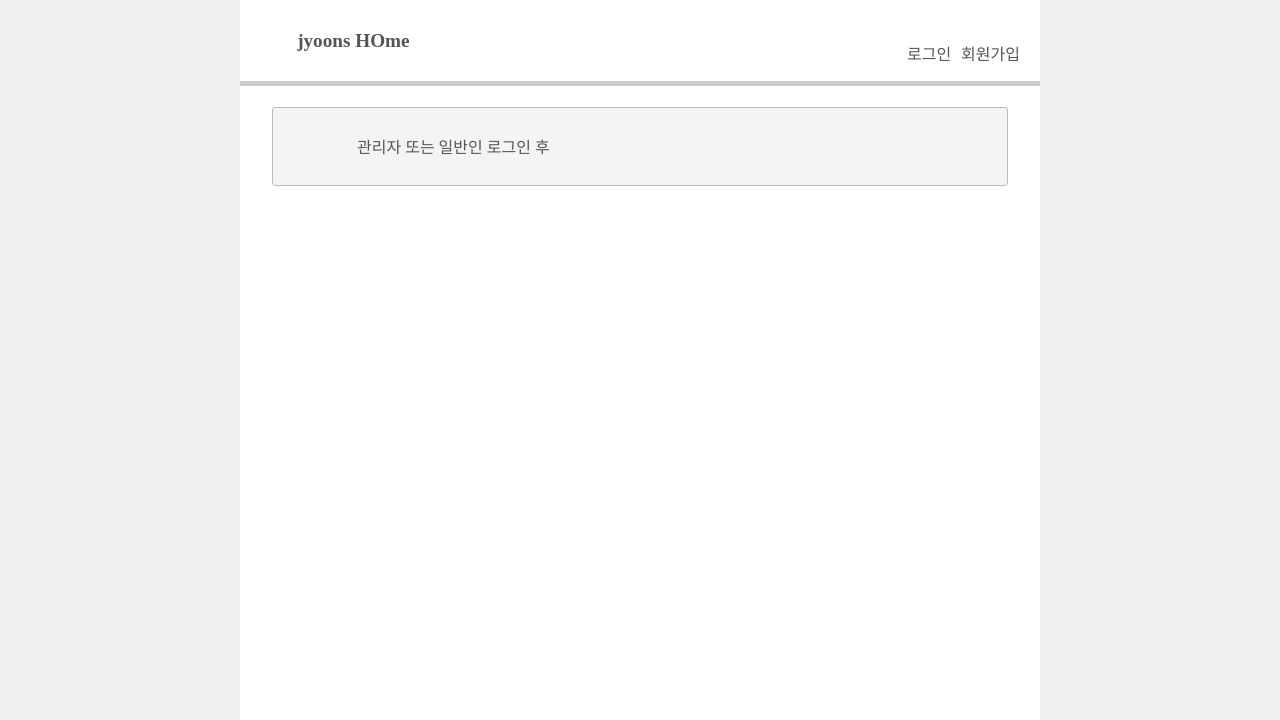
Repository: jyoons00/JSP-sample
Page: http://localhost/jspPro/days03/ex08_main.jsp
These files come from the project's save history. The page is drawn as it stood at one moment and after the next save; the edit follows.
The browser window is 1280 px wide. The pictures show the whole page.
Some web fonts or font styles are not loaded; a fallback is used. The page is served by Tomcat 9. Other server files are loaded and not shown.

Above is the page before, as saved 2024-10-17 06:32:26.

### jspPro/src/main/webapp/days03/ex08_main.jsp
<%@ page contentType="text/html; charset=UTF-8" pageEncoding="UTF-8"%>
<!DOCTYPE html>
<html>
  <head>
    <meta charset="UTF-8" />
    <title>Insert title here</title>
    <link
      rel="shortcut icon"
      type="image/x-icon"
      href="http://localhost/jspPro/images/SiSt.ico"
    />
    <script src="https://ajax.googleapis.com/ajax/libs/jquery/3.7.1/jquery.min.js"></script>
    <meta name="viewport" content="width=device-width, initial-scale=1.0" />
    <link
      rel="stylesheet"
      href="http://localhost/jspPro/resources/cdn-main/example.css"
    />
    <script src="http://localhost/jspPro/resources/cdn-main/example.js"></script>
    <style>
      span.material-symbols-outlined {
        vertical-align: text-bottom;
      }
    </style>
  </head>
  <body>
    <header>
      <h1 class="main">
        <a href="#" style="position: absolute; top: 30px">jyoons HOme</a>
      </h1>
      <ul>
        <li><a href="#">로그인</a></li>
        <li><a href="#">회원가입</a></li>
      </ul>
    </header>
    <div>
      <xmp class="code">
   		 관리자 또는 일반인 로그인 후
  	  </xmp>
    </div>

  </body>
</html>

### jspPro/src/main/webapp/resources/cdn-main/example.css
@charset "UTF-8";

@import url('https://fonts.googleapis.com/css2?family=Material+Symbols+Outlined:opsz,wght,FILL,GRAD@20..48,100..700,0..1,-50..200');

@font-face {
    font-family: 'GmarketSansMedium';
    src: url('https://cdn.jsdelivr.net/gh/projectnoonnu/noonfonts_2001@1.1/GmarketSansMedium.woff') format('woff');
    font-weight: normal;
    font-style: normal;
}

:root {
	--text-color: #555;
	--sub-text-color: #777;
	--back-color: #EFEFEF;
	--header-color: #444;
	--primary-color: #DEDEDE;
	--secondary-color: #EFEFEF;
	--default-width: 800px;
	--narrow-width: 500px;
	--wide-width: 1200px;
	--text-font: 'GmarketSansMedium';
	--icon-font: 'Material Symbols Outlined';
	--border-color: #CCC;
}

html, body {
	margin: 0;
	padding: 0;
}

html {
	background-color: var(--back-color);
	display: flex;
	justify-content: center;
	min-height: 100vh;
}

body, body.default {
	width: var(--default-width);
	background-color: white;
	padding-bottom: 120px;
}

body.wide {
	width: var(--wide-width);
}

body.narrow {
	width: var(--narrow-width);
}



body, p, div, span, a, input, select, option, textarea, button, table, th, td, label, fieldset, legend {
	font-family: var(--text-font);
	color: var(--text-color);
}

h1, h2, h3 {
	font-family: var(--text-font);
	color: var(--header-color);
	padding: 0 1rem;
	padding-top: .5rem;
}

div > h1, div > h2, div > h3 {
	padding: 0;
}

body > div, body > main > div {
	padding: 0.3rem 1rem;
}


h1 { font-size: 2rem; border-bottom: 1px solid var(--border-color); }
h1 small { font-size: 1.2rem; color: var(--sub-text-color); }
h2 { font-size: 1.5rem; border-bottom: 1px dashed var(--border-color); }
h2 small { font-size: 1.1rem; color: --sub-text-color; }
h3 { font-size: 1.2rem; }
h3 small { font-size: 1rem; color: --sub-text-color; }



h1.main::before {
	font-family: var(--icon-font);
  	content: '\e666';
  	margin-right: 10px;
  	float: left;
	font-size: 2.5rem;
}

h1.sub::before {
	font-family: var(--icon-font);
  	content: '\ea19';
  	margin-right: 10px;
  	float: left;
	font-size: 2.5rem;
}


h1.page::before {
	font-family: var(--icon-font);
  	content: '\e0e0';
  	margin-right: 10px;
  	float: left;
	font-size: 2.5rem;
}

body > header > ul > li > .active{
	background-color: #FFF;
	color:#F00;
}

body > header {
	display: flex;
	justify-content: space-between;
	border-bottom: 5px solid var(--border-color);
	min-height: 74px;
	background-color: #FFF;
}

body > header.sticky {
	position: sticky;
	top: 0;
	z-index: 98;
}

body > header > h1 {
	font-size: 1.2rem;
	border: 0;
}

body > header.in > h1::before {
	font-family: var(--icon-font);
  	content: '\e332‥';
  	margin-right: 3px;
  	float: left;
	font-size: 2rem;
}


body > header > ul {
	list-style-type: none;
	display: flex;
	align-items: flex-end;
	margin-right: 10px;
}

body > header > ul > li {
	margin-right: 10px;
	cursor: pointer;
}

body > header > ul > li > a {
	cursor: pointer;
}


form {
	display: block;
}

form > div {
	padding: 0.3rem 1rem;
}

div > form > div {
	padding: 0.3rem 0;
}

input, textarea, button, select {
	border: 1px solid #BBB;
	border-radius: 3px;
	outline: none;
	resize: none;
	padding: 7px;
	margin: 0;
}

input[type=text]:read-only, textarea:read-only {
	cursor: not-allowed;
	background-color: #FFF;
}

input[type=text]:disabled, textarea:disabled {
	cursor: not-allowed;
	background-color: #EEE;
}

input[type=text], input[type=password], textarea, button, select {
	/* width: 300px; */
}

textarea {
	display: block;
	height: 100px;
}

input[type=button], input[type=submit], button {
	/* width: inherit; */
}

input.short, textarea.short, button.short, select.short {
	width: 100px;
}

input.long, textarea.long, button.long, select.long {
	width: 350px;
}

.narrow input.long, .narrow textarea.long, .narrow button.long, .narrow select.long {
	width: calc(100% - 20px);
}

input.full, textarea.full, button.full, select.full {
	width: calc(100% - 20px);
}

textarea.short {
	height: 50px;
}

textarea.long {
	height: 100px;
}

textarea.full {
	height: 200px;
}

input, textarea {
	padding-top: 8px;
}

input[type=button], input[type=submit], button {
	padding: 5px 10px;
	background-color: var(--secondary-color);
	cursor: pointer;
	min-height: 36px;
}

input[type=button].primary, input[type=submit].primary, button.primary {
	/* background-color: rgba(100, 149, 237, .2); */
	background-color: var(--primary-color);
}

input[type=button].primary:hover, input[type=submit].primary:hover, button.primary:hover {
	/* background-color: rgba(100, 149, 237, .3); */
	background-color: var(--secondary-color);
}

input[type=button]:hover, input[type=submit]:hover, button:hover {
	background-color: var(--primary-color);
}

button {
	position: relative;
	left: 0;
	top: 0;
	padding-left: 35px;
}

button .material-symbols-outlined {
	position: absolute;
	left: 10px;
	top: 4px;
}

/* k2nik add */
button.login::before {
	font-family: var(--icon-font);
  	content: '\ea77';
	position: absolute;
	left: 11px;
	top: 4px;
	font-size: 1.25rem;
}

/* k2nik logout */
button.logout::before {
	font-family: var(--icon-font);
  	content: '\e9ba';
	position: absolute;
	left: 11px;
	top: 4px;
	font-size: 1.25rem;
}

/* k2nik help */
button.help::before {
	font-family: var(--icon-font);
  	content: '\f1c0';
	position: absolute;
	left: 11px;
	top: 4px;
	font-size: 1.25rem;
}

button.add::before{
	font-family: var(--icon-font);
  	content: '\e746';
	position: absolute;
	left: 11px;
	top: 4px;
	font-size: 1.25rem;
}

button.back::before {
	font-family: var(--icon-font);
  	content: '\e166';
	position: absolute;
	left: 11px;
	top: 4px;
	font-size: 1.25rem;
}

button.list::before {
	font-family: var(--icon-font);
  	content: '\e0ee';
	position: absolute;
	left: 11px;
	top: 4px;
	font-size: 1.25rem;
}


button.del::before {
	font-family: var(--icon-font);
  	content: '\e872';
	position: absolute;
	left: 11px;
	top: 4px;
	font-size: 1.25rem;
}


button.edit::before {
	font-family: var(--icon-font);
  	content: '\e745';
	position: absolute;
	left: 11px;
	top: 4px;
	font-size: 1.25rem;
}


button.login::before {
	font-family: var(--icon-font);
  	content: '\ea77';
	position: absolute;
	left: 11px;
	top: 4px;
	font-size: 1.25rem;
}


button.logout::before {
	font-family: var(--icon-font);
  	content: '\e9ba';
	position: absolute;
	left: 11px;
	top: 4px;
	font-size: 1.25rem;
}


button.in::before {
	font-family: var(--icon-font);
  	content: '\f71a';
	position: absolute;
	left: 11px;
	top: 4px;
	font-size: 1.25rem;
}


button.out::before {
	font-family: var(--icon-font);
  	content: '\f70e';
	position: absolute;
	left: 11px;
	top: 4px;
	font-size: 1.25rem;
}


button.reply::before {
	font-family: var(--icon-font);
  	content: '\e15e';
	position: absolute;
	left: 11px;
	top: 4px;
	font-size: 1.25rem;
}


button.comment::before {
	font-family: var(--icon-font);
  	content: '\e0b9';
	position: absolute;
	left: 11px;
	top: 4px;
	font-size: 1.25rem;
}


button.modal::before {
	font-family: var(--icon-font);
  	content: '\e89e';
	position: absolute;
	left: 11px;
	top: 4px;
	font-size: 1.25rem;
}


button.ok::before {
	font-family: var(--icon-font);
  	content: '\e86c';
	position: absolute;
	left: 11px;
	top: 4px;
	font-size: 1.25rem;
}


button.cancel::before {
	font-family: var(--icon-font);
  	content: '\e5c9';
	position: absolute;
	left: 11px;
	top: 4px;
	font-size: 1.25rem;
}

button.search::before {
	font-family: var(--icon-font);
  	content: '\e8b6';
	position: absolute;
	left: 11px;
	top: 4px;
	font-size: 1.25rem;
}

button.home::before {
	font-family: var(--icon-font);
  	content: '\e88a';
	position: absolute;
	left: 11px;
	top: 4px;
	font-size: 1.25rem;
}


button.sidebar::before {
	font-family: var(--icon-font);
  	content: '\f7e4';
	position: absolute;
	left: 11px;
	top: 4px;
	font-size: 1.25rem;
}


button.sidebar-right::before {
	font-family: var(--icon-font);
  	content: '\f7e5';
	position: absolute;
	left: 11px;
	top: 4px;
	font-size: 1.25rem;
}




button::before {
	font-family: var(--icon-font);
  	content: '\e323';
	position: absolute;
	left: 11px;
	top: 4px;
	font-size: 1.25rem;
}


table {
	border-collapse: collapse;
	margin: 1rem;
	box-sizing: border-box;
	width: calc(100% - 32px);
}

table.content {
	width: auto;
}

div > table {
	margin: 0;
}

table th, table td {
	border: 1px solid var(--border-color);
	padding: 7px;
	font-weight: normal;
}

table th {
	background-color: var(--back-color);
}

table.vertical th {
	width: 150px;
}

table.vertical td {
	width: calc(100% - 182px);
	padding-left: 10px;
}

table.content td, table.content th {
	width: auto;
}

body.narrow table.vertical th {
	width: 100px;
}

body.narrow table.vertical td {
	width: calc(100% - 182px);
}


table + table {
	margin-top: 30px;
}


p {
	padding: 0 1rem;
}

a {
	text-decoration: none;
}

a:hover {
	color: rgba(255, 99, 71, .7);
}

hr {
	border: 0;
	border-top: 1px solid var(--border-color);
	margin: 2rem 0;
}

.message {
	border: 1px solid var(--border-color);
	background-color: #EFEFEF;
	margin: 1rem;
	width: auto;
	padding-top: 10px;
	padding-bottom: 10px;
	font-size: 14px;
}

.message[title]::before {
	content: attr(title);
	display: block;
	border-bottom: 1px solid var(--border-color);
	padding-bottom: 5px;
	margin-bottom: 10px;
	margin-top: 7px;
}

.message.short {
	max-width: 250px;
}

.message.long {
	max-width: 500px;
}

.badge {
	float: right;
	font-size: .8rem;
	margin-top: 2px;
	margin-right: 2px;
	text-shadow: 0 0 7px gray;
}

.badge.left {
	float: none;
	margin-left: 2px;
}

.badge.right {
	float: right;
}

.badge.red {
	border-radius: 50%;
	padding: 2px 5px;
	background-color: rgb(255, 99, 71, .3);
}

.badge.yellow {

	border-radius: 50%;
	padding: 2px 5px;
	background-color: rgb(255, 215, 0, .5);
}

.badge.blue {
	border-radius: 50%;
	padding: 2px 5px;
	background-color: rgb(100, 149, 237, .3);
}

label + label {
	margin-left: 7px;
}

label input[type=checkbox], label input[type=radio] {
	transform: translate(0, 1px);
}

.group {
	display: flex;
}

.modal-content .group {
	margin-bottom: .5rem;
}

.group label {
	border: 1px solid #BBB;
	border-radius: 3px;
	outline: none;
	resize: none;
	padding: 7px 14px;
	margin: 0;
	border-top-right-radius: 0;
	border-bottom-right-radius: 0;
	background-color: #EFEFEF;
	white-space: nowrap;
	font-size: 14px;
}

.group input[type=text] {
	margin-left: -1px;
	border-top-left-radius: 0;
	border-bottom-left-radius: 0;
}

.group select {
	margin-left: -1px;
	border-top-left-radius: 0;
	border-bottom-left-radius: 0;
}

.group input.full[type=text] {
	margin-left: -1px;
	border-top-left-radius: 0;
	border-bottom-left-radius: 0;
	width: 100%;
}

.group input[type=button]:first-child, .group button:first-child {
	border-top-left-radius: 3px;
	border-bottom-left-radius: 3px;
	margin-left: 0px;
}

.group input[type=button], .group button {
	border-radius: 0;
	margin-left: -1px;
}

.group input[type=button]:last-child, .group button:last-child {
	margin-left: -1px;
	border-top-right-radius: 3px;
	border-bottom-right-radius: 3px;
}

.seperate {
	display: flex;
	justify-content: space-between;
}

div.list {
	width: max-content;
	margin: 1rem;
	border: 1px solid #BBB;
	border-radius: 3px;
	padding: 0;
}

div.list.full {
	width: auto;
	display: block;
	margin: 1rem;
	border: 1px solid #BBB;
	border-radius: 3px;
	padding: 0;
}

div.list > div {
	padding: .5rem 1rem;
	margin: 0;
	border-bottom: 1px solid #BBB;
}

div.list > div:last-child {
	border-bottom: 0;
}

pre.code , xmp.code{
	font-family: consols;
	background-color: rgba(150, 150, 150, .1);
	border: 1px solid #BBB;
	border-radius: 3px;
	padding: .5rem 1rem;
	padding-bottom: .6rem;
	margin: 1rem;
}




*[data-modal-window] {
	position: fixed;
	background-color: rgba(0, 0, 0, .3);
	left: 0;
	top: 0;
	display: none;
	justify-content: center;
	align-items: flex-start;
	width: 100%;
	min-height: 100vh;
	z-index: 100;
	opacity: 0;
	transition: 500ms all;
}

*[data-modal-window] .modal-container {
	border-radius: 5px;
	padding: 1rem;
	padding-bottom: .5rem;
	margin-top: -500px;
	opacity: 0;
	width: 500px;
	background-color: #FFF;
	margin-right: 2rem;
	transition: 500ms all;
}

*[data-modal-size=content] .modal-container {
	width: auto;
}

*[data-modal-size=narrow] .modal-container {
	width: 300px;
}

*[data-modal-size=wide] .modal-container {
	width: 760px;
}


*[data-modal-window] .modal-header {
	border-bottom: 1px solid var(--border-color);
	padding: 2px 5px;
}

*[data-modal-window] .modal-content {
	padding: 1rem 5px;
}

*[data-modal-window] .modal-content div:last-child {
	margin-top: 1rem;
	text-align: right;
}



*[data-sidebar-window] {
	position: fixed;
	background-color: #FFF;
	left: 0;
	top: 0;
	display: block;
	width: 300px;
	border-right: 1px solid var(--border-color);
	box-sizing: border-box;
	box-shadow: 0 0 3px var(--back-color);
	min-height: 100vh;
	z-index: 99;
	transform: translate(-300px, 0);
	transition-duration: 500ms;
	transition-property: transform;
}

*[data-sidebar-direction=right] {
	left: auto;
	right: 0;
	transform: translate(300px, 0);
	border-left: 1px solid var(--border-color);
}

*[data-sidebar-size=wide] {
	width: 500px;
	transform: translate(-500px, 0);
}

*[data-sidebar-window] .sidebar-title {
	border-bottom: 1px solid var(--border-color);
	margin-top: 20px;
	margin-bottom: 20px;
	padding-bottom: 5px;
	display: flex;
	justify-content: space-between;
}

*[data-sidebar-window] .sidebar-title span:last-child {
	cursor: pointer;
}


/* K2Nik pagination */
.center {
  text-align: center;
}

.pagination {
  display: inline-block;
}

.pagination a {
  color: black;
  float: left;
  padding: 3px 6px;
  text-decoration: none;
  transition: background-color .3s;
  border: 1px solid #ddd;
  margin: 0 3px;
}

.pagination a.active {
  background-color: #4CAF50;
  color: white;
  border: 1px solid #4CAF50;
}

.pagination a:hover:not(.active) {background-color: #ddd;}

### jspPro/src/main/webapp/resources/cdn-main/example.js

window.onload = () => {

    const list = document.querySelectorAll('input, textarea');

    list.forEach(item => {
        item.setAttribute('autocomplete', 'off');
    });


    const modal_btn_list = document.querySelectorAll('*[data-modal-button]');

    modal_btn_list.forEach(item => {
        item.onclick = function() {

            const name = this.dataset['modalButton'];
            const modal_window = document.querySelector('*[data-modal-window=' + name);

            const container = document.createElement('div');
            container.className = 'modal-container';



            const modal_header = document.createElement('div');
            modal_header.textContent = modal_window.dataset['modalTitle'];
            modal_header.className = 'modal-header';
            container.appendChild(modal_header);

            const modal_content = document.createElement('div');
            modal_content.className = 'modal-content';
            container.appendChild(modal_content);

            Array.from(modal_window.childNodes).forEach(item => {
                modal_content.appendChild(item);
            });

            modal_window.appendChild(container);

            modal_window.style.display = 'flex';

            setTimeout(() => {
                modal_window.style.opacity = 1;
                container.style.marginTop = '20px';
                container.style.opacity = 1;
            }, 50);


            const modal_ok = document.querySelector('*[data-modal-ok=' + name);
            modal_ok.addEventListener('click', function() {
                modal_window.style.opacity = 0;
                container.style.marginTop = '-500px';
                container.style.opacity = 0;

                setTimeout(() => {
                    modal_window.innerHTML = modal_content.innerHTML;
                    modal_window.style.display = 'none';
                }, 500);

            });

            const modal_cancel = document.querySelector('*[data-modal-cancel=' + name);
            modal_cancel.addEventListener('click', function() {

                modal_window.style.opacity = 0;
                container.style.marginTop = '-500px';
                container.style.opacity = 0;

                setTimeout(() => {
                    modal_window.innerHTML = modal_content.innerHTML;
                    modal_window.style.display = 'none';
                }, 500);
            });


        };
    });


    const sidebar_btn_list = document.querySelectorAll('*[data-sidebar-button]');

    sidebar_btn_list.forEach(item => {
        item.onclick = function() {



            const name = this.dataset['sidebarButton'];
            const sidebar_window = document.querySelector('*[data-sidebar-window=' + name);

            if (sidebar_window.style.transform == 'translate(0px, 0px)') return;



            sidebar_window.style.transform = 'translate(0, 0)';

            const sidebar_title = document.createElement('div');
            sidebar_title.className = 'sidebar-title';
            sidebar_title.innerHTML = '<span>' + sidebar_window.dataset['sidebarTitle'] + '</span><span class="material-symbols-outlined">close</span>';

            sidebar_title.children[1].onclick = function() {

                let sign = 1;
                let distance = 300;

                if (sidebar_window.dataset['sidebarDirection'] != 'right') {
                    sign = -1;
                } else {
                    sign = 1;
                }

                if (sidebar_window.dataset['sidebarSize'] != 'wide') {
                    distance = 300;
                } else {
                    distance = 500;
                }

                distance *= sign;

                sidebar_window.style.transform = 'translate(' + distance + 'px, 0)';

                setTimeout(function() {
                    sidebar_window.removeChild(sidebar_window.children[0]);
                }, 500);
            };


            sidebar_window.prepend(sidebar_title);

        }
    });

};

// window.onkeydown = function(event) {

//     if (event.keyCode == 27) {
//         if (document.querySelector('[data-modal-window').style.display == 'flex') {
//             document.querySelector('[data-modal-window').style.display = 'none';
//         }
//     }

// };

After the next save:
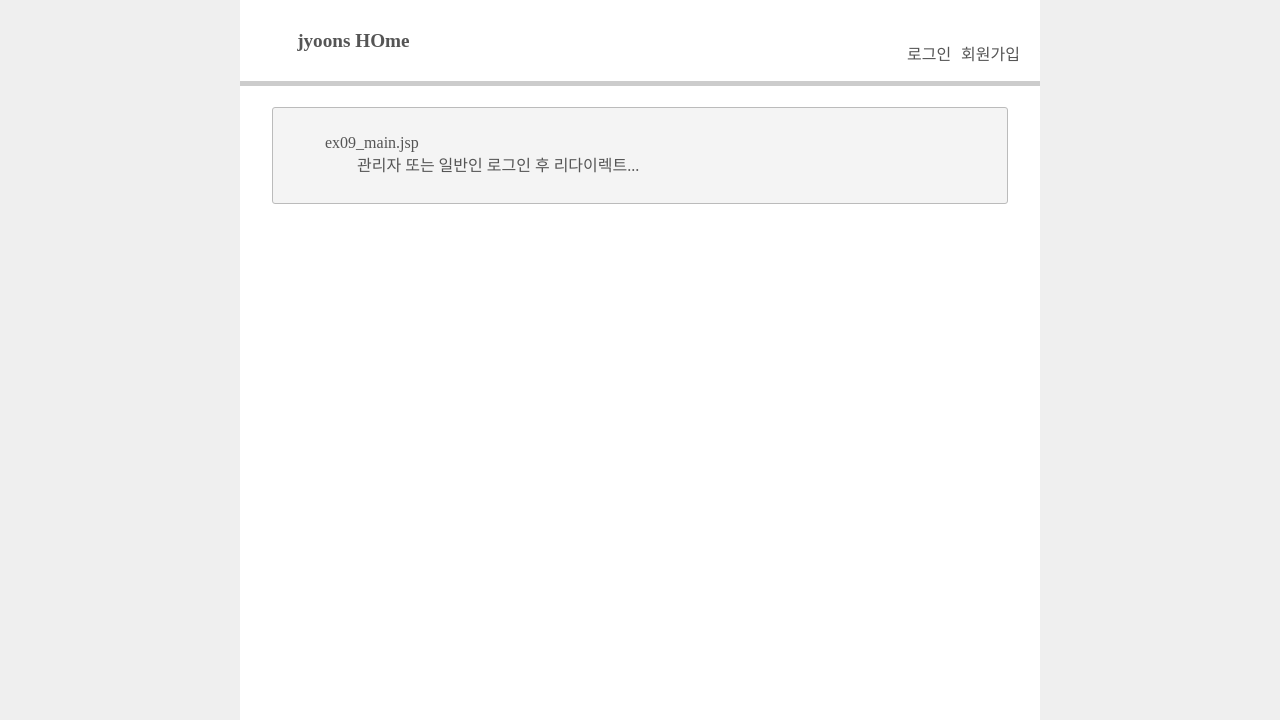
Saved 20 s later.
--- a/jspPro/src/main/webapp/days03/ex08_main.jsp
+++ b/jspPro/src/main/webapp/days03/ex08_main.jsp
@@ -34,7 +34,8 @@
     </header>
     <div>
       <xmp class="code">
-   		 관리자 또는 일반인 로그인 후
+      	 ex09_main.jsp
+   		 관리자 또는 일반인 로그인 후 리다이렉트...
   	  </xmp>
     </div>
 
